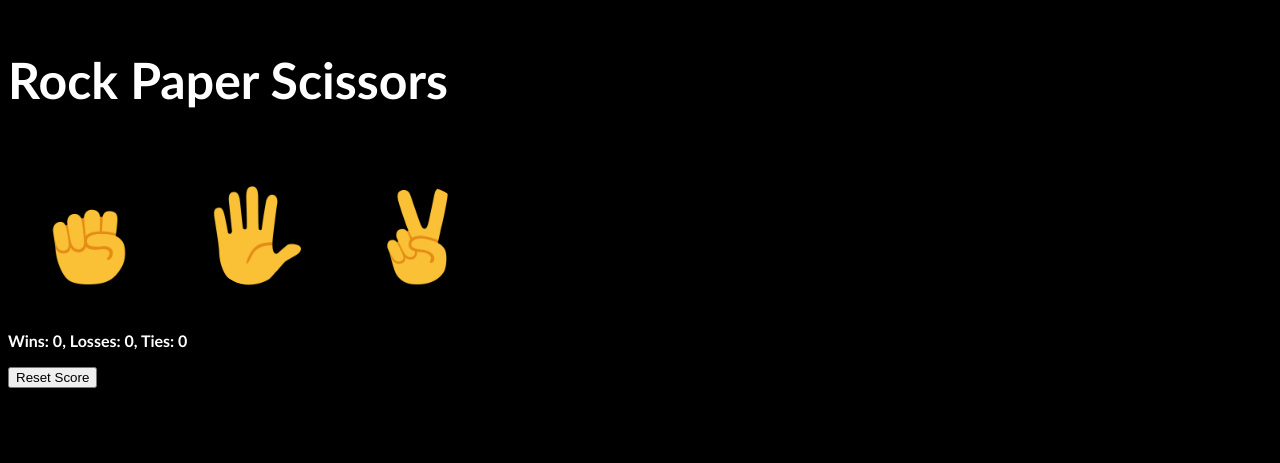
Repository: pgyunknown/Rock_paper_scissors-
Page: index.html
These files come from the project's save history. The page is drawn as it stood at one moment and after a run of saves; the edit follows.
The browser window is 1280 px wide. The pictures show the whole page.

Above is the page before, as saved 2024-08-30 17:15:40.

### index.html

<!DOCTYPE html>
<html>
  <head>
    <title>Rock Paper Scissors</title>
    <link rel="stylesheet" href="index.css">
  </head>
  <body>
    <p class="title">Rock Paper Scissors</p>
    <button onclick="
      playGame('rock');
    "class="emoji"><img src="images/rock-emoji.png" alt=""></button>

    <button onclick="
      playGame('paper');
    " class="emoji"><img src="images/paper-emoji.png" alt=""></button>

    <button onclick="
      playGame('scissors');
    " class="emoji"><img src="images/scissors-emoji.png" alt=""></button>
    <br>
    <p class="js-result result"></p>
    <p class="js-moves"></p>
    <p class="js-score score"></p>

    <button onclick="
      score.wins = 0;
      score.losses = 0;
      score.ties = 0;
      localStorage.removeItem('score');
      updateScoreElement();
    " class="reset-score-button">Reset Score</button>


    <script src="index.js">

    </script>
  </body>
</html>

### index.css
body{
  background-color: black;
  color: white;
  font-family: 'Gill Sans', 'Gill Sans MT', Calibri, 'Trebuchet MS', sans-serif;
  font-weight: bold;
}
.title{
  font-size: 50px;
  font-weight: bold;
}

button img{
  height: 100px;
  width: 100px;
  background-color: black;
  border: px solid white;
  border-radius: 50%;
  padding: 25px;
}
.emoji{
  background-color: black;
    border: none;
  /* border-radius: 70px;
  margin: 0px 10px 0px 10px; */
}

### index.js

let score = JSON.parse(localStorage.getItem('score')) || {
  wins: 0,
  losses: 0,
  ties: 0
};

updateScoreElement();

/*
if (!score) {
  score = {
    wins: 0,
    losses: 0,
    ties: 0
  };
}
*/

function playGame(playerMove) {
  const computerMove = pickComputerMove();

  let result = '';

  if (playerMove === 'scissors') {
    if (computerMove === 'rock') {
      result = 'You lose.';
    } else if (computerMove === 'paper') {
      result = 'You win.';
    } else if (computerMove === 'scissors') {
      result = 'Tie.';
    }

  } else if (playerMove === 'paper') {
    if (computerMove === 'rock') {
      result = 'You win.';
    } else if (computerMove === 'paper') {
      result = 'Tie.';
    } else if (computerMove === 'scissors') {
      result = 'You lose.';
    }

  } else if (playerMove === 'rock') {
    if (computerMove === 'rock') {
      result = 'Tie.';
    } else if (computerMove === 'paper') {
      result = 'You lose.';
    } else if (computerMove === 'scissors') {
      result = 'You win.';
    }
  }

  if (result === 'You win.') {
    score.wins += 1;
  } else if (result === 'You lose.') {
    score.losses += 1;
  } else if (result === 'Tie.') {
    score.ties += 1;
  }

  localStorage.setItem('score', JSON.stringify(score));

  updateScoreElement();

  document.querySelector('.js-result').innerHTML = result;

  document.querySelector('.js-moves').innerHTML = `You
<img src="images/${playerMove}-emoji.png" class="move-icon">
<img src="images/${computerMove}-emoji.png" class="move-icon">
Computer`;
}

function updateScoreElement() {
  document.querySelector('.js-score')
    .innerHTML = `Wins: ${score.wins}, Losses: ${score.losses}, Ties: ${score.ties}`;
}

function pickComputerMove() {
  const randomNumber = Math.random();

  let computerMove = '';

  if (randomNumber >= 0 && randomNumber < 1 / 3) {
    computerMove = 'rock';
  } else if (randomNumber >= 1 / 3 && randomNumber < 2 / 3) {
    computerMove = 'paper';
  } else if (randomNumber >= 2 / 3 && randomNumber < 1) {
    computerMove = 'scissors';
  }

  return computerMove;
}

After the next 2 saves:
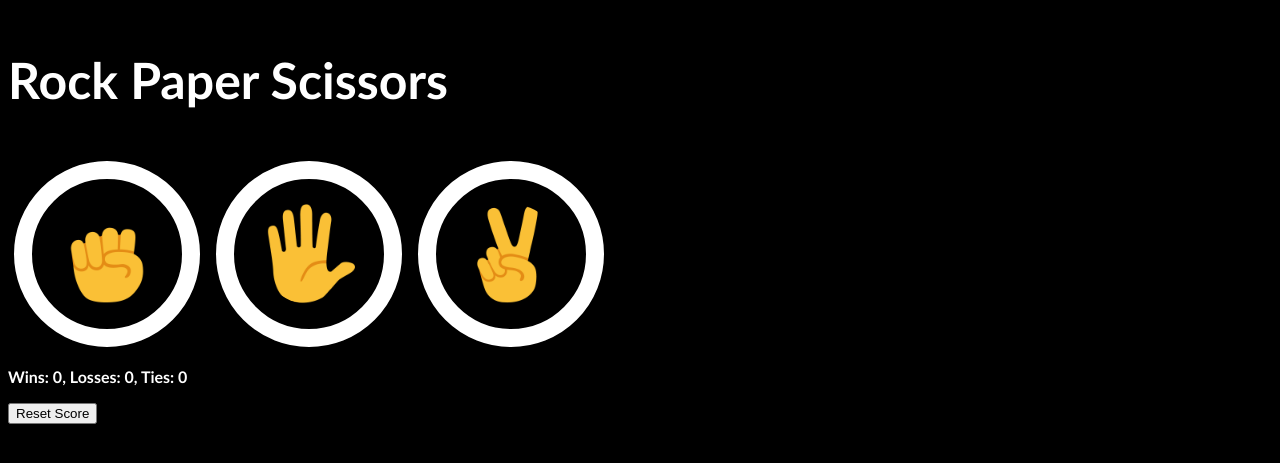
The 2 saves are shown as one change because they came seconds apart.
The last was saved 5 s later.
--- a/index.css
+++ b/index.css
@@ -13,7 +13,7 @@ button img{
   height: 100px;
   width: 100px;
   background-color: black;
-  border: px solid white;
+  border: 2cap solid white;
   border-radius: 50%;
   padding: 25px;
 }
